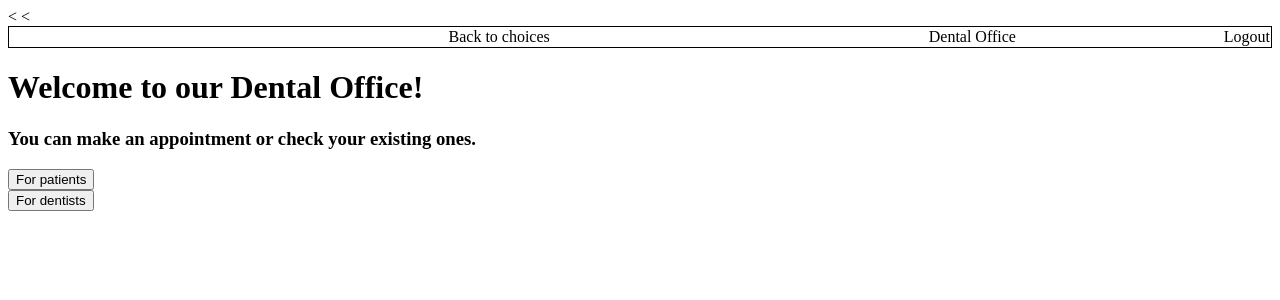
Repository: ThEgIGN/DentalOfficeWebApplication
Page: http://localhost/DentalOfficeWEB/
The author's editor kept a copy of each file at every save. The page is drawn from the files as they stood at one save, then again after the next save.
The browser window is 1280 px wide. The pictures show the whole page.
The page is served by Tomcat 9. Nobody is signed in. The application's start-up code is not run. Other server files are loaded and not shown.

Above is the page before, as saved 2023-06-16 10:08:21.

### DentalOfficeProject/DentalOfficeWEB/src/main/webapp/index.jsp
<%@ page language="java" contentType="text/html; charset=ISO-8859-1"
	pageEncoding="ISO-8859-1"%>
<!DOCTYPE html>
<html>
<head>
<meta charset="ISO-8859-1">
<title>Dental Office Name</title>
</head>
<body>
	<table style="width: 100%;border-collapse: collapse;border: 1px solid;">
		<tr>
			<<td style="text-align:right">Back to choices</td>
			<<td style="text-align:right">Dental Office</td>
			<td style="text-align:right">Logout</td>
		</tr>
	</table>
	<h1>Welcome to our Dental Office!</h1>
	<h3>You can make an appointment or check your existing ones.</h3>
	<form action="/DentalOfficeWEB/patients/createPatient.jsp">
		<button type="submit">For patients</button>
	</form>
	<form action="/DentalOfficeWEB/dentists/loginDentist.jsp">
		<button type="submit">For dentists</button>
	</form>
</body>
</html>

After the next save:
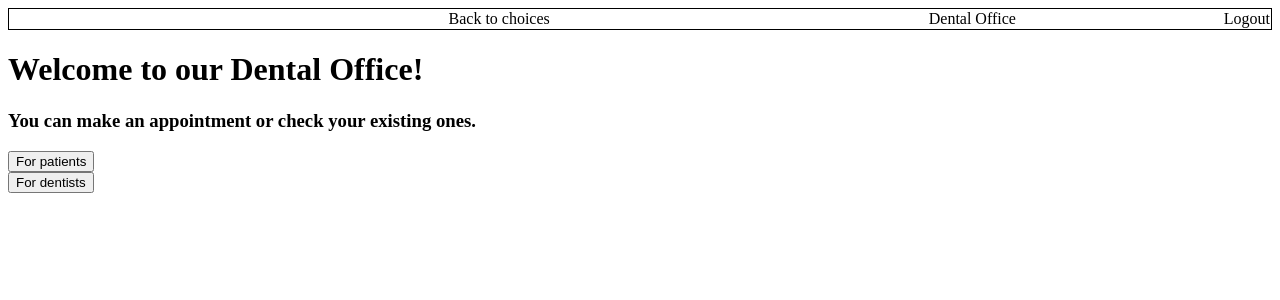
Saved 8 s later.
--- a/DentalOfficeProject/DentalOfficeWEB/src/main/webapp/index.jsp
+++ b/DentalOfficeProject/DentalOfficeWEB/src/main/webapp/index.jsp
@@ -7,11 +7,12 @@
 <title>Dental Office Name</title>
 </head>
 <body>
-	<table style="width: 100%;border-collapse: collapse;border: 1px solid;">
+	<table
+		style="width: 100%; border-collapse: collapse; border: 1px solid;">
 		<tr>
-			<<td style="text-align:right">Back to choices</td>
-			<<td style="text-align:right">Dental Office</td>
-			<td style="text-align:right">Logout</td>
+			<td style="text-align: right">Back to choices</td>
+			<td style="text-align: right">Dental Office</td>
+			<td style="text-align: right">Logout</td>
 		</tr>
 	</table>
 	<h1>Welcome to our Dental Office!</h1>
